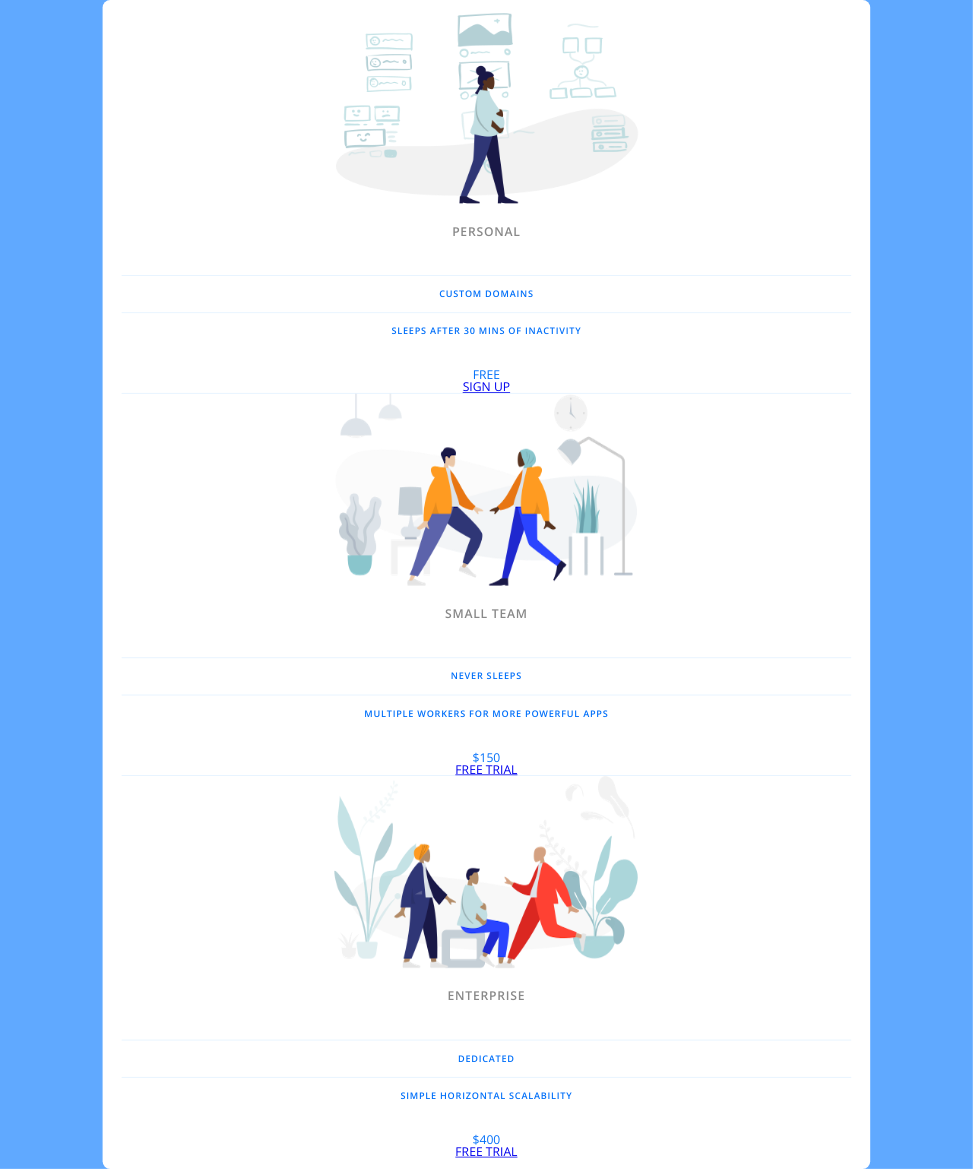
Repository: patrik-fredlund/pricing_panel_udemy
Page: PriceTableStarter/index.html
An editor plug-in stored every save of this project. The page is shown before and after the next save, followed by the edit.
The browser window is 1280 px wide. The pictures show the whole page, at 76% of full size.

Above is the page before, as saved 2021-06-27 13:41:28.

### PriceTableStarter/index.html
<!DOCTYPE html>
<html lang="en">

<head>
    <meta charset="UTF-8">
    <meta name="viewport" content="width=device-width, initial-scale=1.0">
    <title>Price Tiers</title>
    <link rel="stylesheet" href="https://fonts.googleapis.com/css?family=Open+Sans:400,600,700">
    <link rel="stylesheet" href="app.css">
</head>

<body>
    <div class="panel pricing-table">

        <div class="pricing-plan">
            <img src="icons/icon1.png" alt="" class="pricing-img">
            <h2 class="pricing-header">Personal</h2>
            <ul class="pricing-features">
                <li class="pricing-features-item">Custom domains</li>
                <li class="pricing-features-item">Sleeps after 30 mins of inactivity</li>
            </ul>
            <span class="pricing-price">Free</span>
            <a href="#/" class="pricing-button">Sign up</a>
        </div>

        <div class="pricing-plan">
            <img src="icons/icon2.png" alt="" class="pricing-img">
            <h2 class="pricing-header">Small team</h2>
            <ul class="pricing-features">
                <li class="pricing-features-item">Never sleeps</li>
                <li class="pricing-features-item">Multiple workers for more powerful apps</li>
            </ul>
            <span class="pricing-price">$150</span>
            <a href="#/" class="pricing-button is-featured">Free trial</a>
        </div>

        <div class="pricing-plan">
            <img src="icons/icon3.png" alt="" class="pricing-img">
            <h2 class="pricing-header">Enterprise</h2>
            <ul class="pricing-features">
                <li class="pricing-features-item">Dedicated</li>
                <li class="pricing-features-item">Simple horizontal scalability</li>
            </ul>
            <span class="pricing-price">$400</span>
            <a href="#/" class="pricing-button">Free trial</a>
        </div>

    </div>

</body>

</html>

### PriceTableStarter/app.css
/* http://meyerweb.com/eric/tools/css/reset/
   v2.0 | 20110126
   License: none (public domain)
*/

/* ---------------css reset------------------ */

html, body, div, span, applet, object, iframe,
h1, h2, h3, h4, h5, h6, p, blockquote, pre,
a, abbr, acronym, address, big, cite, code,
del, dfn, em, img, ins, kbd, q, s, samp,
small, strike, strong, sub, sup, tt, var,
b, u, i, center,
dl, dt, dd, ol, ul, li,
fieldset, form, label, legend,
table, caption, tbody, tfoot, thead, tr, th, td,
article, aside, canvas, details, embed,
figure, figcaption, footer, header, hgroup,
menu, nav, output, ruby, section, summary,
time, mark, audio, video {
	margin: 0;
	padding: 0;
	border: 0;
	font-size: 100%;
	font: inherit;
	vertical-align: baseline;
}
/* HTML5 display-role reset for older browsers */
article, aside, details, figcaption, figure,
footer, header, hgroup, menu, nav, section {
	display: block;
}
body {
	line-height: 1;
}
ol, ul {
	list-style: none;
}
blockquote, q {
	quotes: none;
}
blockquote:before, blockquote:after,
q:before, q:after {
	content: '';
	content: none;
}
table {
	border-collapse: collapse;
	border-spacing: 0;
}


/* ------------------------------------------- */

html {
    box-sizing: border-box;
    font-family: 'Open Sans', sans-serif;
}

body {
    background-color: #60a9ff;
    display: flex;
    justify-content: center;
    align-items: center;
    min-height: 100vh;
}

.panel {
    background-color: white;
    border-radius: 10px;
    padding: 15px 25px;
    width: 100%;
    max-width: 960px;
    display: flex;
    flex-direction: column;
    text-align: center;
    text-transform: uppercase;
}

.pricing-plan {
    border-bottom: 1px solid #e1f1ff;
}

.pricing-plan:last-child {
    border-bottom: none;
}

.pricing-img {
    margin-bottom: 25px;
    /* width: 100%; */
    max-width: 100%;
}

.pricing-header {
    color: #888;
    font-weight: 600;
    letter-spacing: 1px;
}

.pricing-features {
    margin: 50px 0 25px;
    color: #016ff9;
}

.pricing-features-item {
    font-weight: 600;
    letter-spacing: 1px;
    font-size: 12px;
    line-height: 1.5;
    padding: 15px 0;
    border-top: 1px solid #e1f1ff;;

}

.pricing-price {
    color: #016ff9;
    display: block;
}

After the next save:
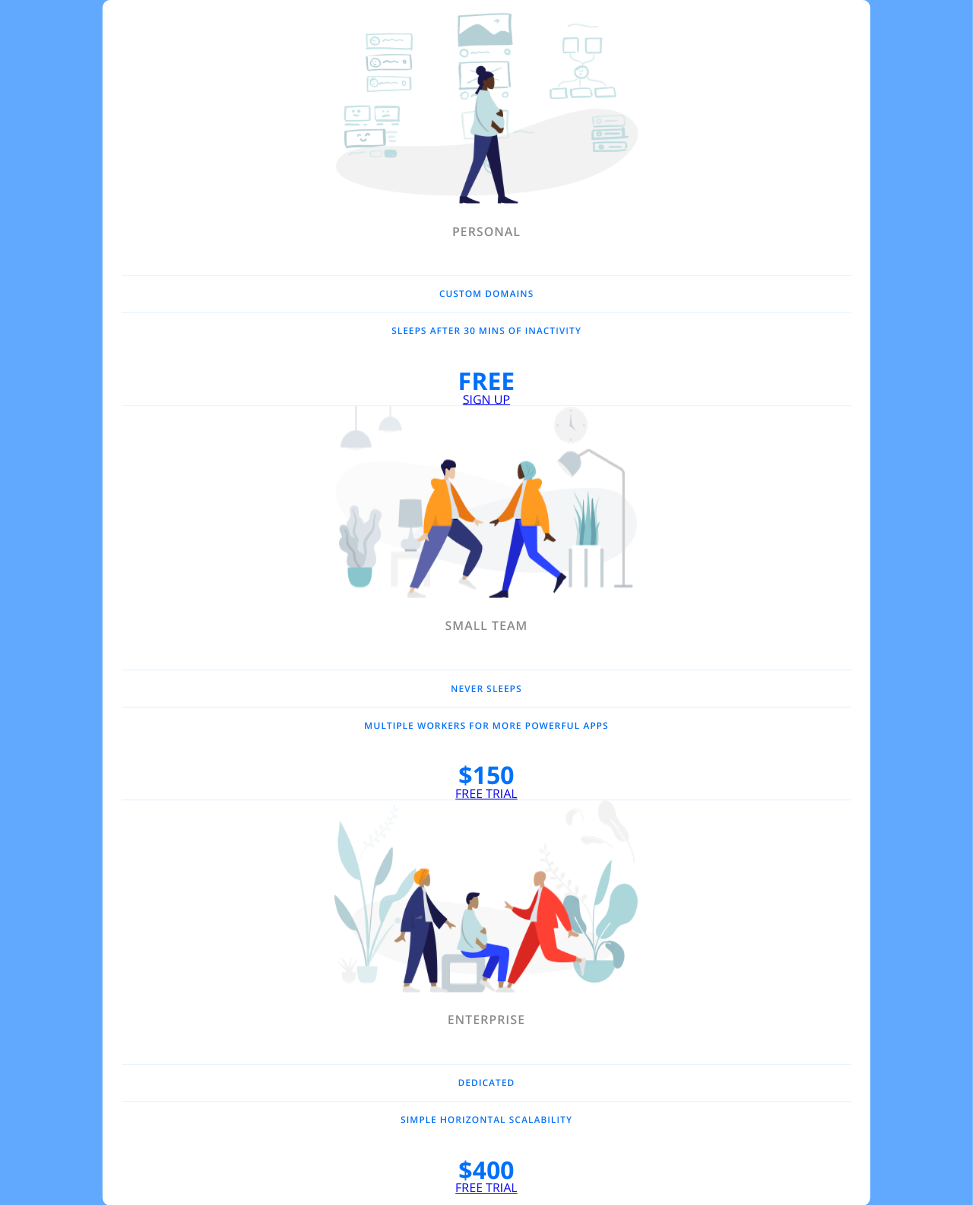
Saved 31 s later.
--- a/PriceTableStarter/app.css
+++ b/PriceTableStarter/app.css
@@ -115,4 +115,6 @@ body {
 .pricing-price {
     color: #016ff9;
     display: block;
+    font-size: 32px;
+    font-weight: 700;
 }
